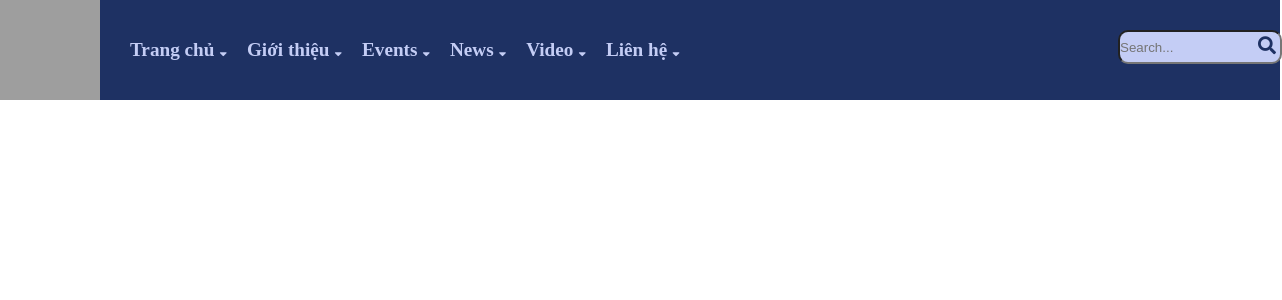
Repository: Luong-tung/newtopics
Page: index2.html
The author's editor kept a copy of each file at every save. The page is drawn from the files as they stood at one save, then again after the next save.
The browser window is 1280 px wide. The page is 1282 px wide, so the pictures cover 1282 px, including what lies to the right of the window. The pictures show the whole page.
Pictures or frames that could not be fetched are drawn as grey boxes. Some web libraries are served in a nearby version.

Above is the page before, as saved 2021-10-07 22:46:51.

### index2.html
<!DOCTYPE html>
<html lang="en">
<head>
    <meta charset="UTF-8">
    <meta http-equiv="X-UA-Compatible" content="IE=edge">
    <meta name="viewport" content="width=device-width, initial-scale=1.0">
    <title>trang web thương mai điện tử</title>
    <link rel="stylesheet" href="iu2.css">
    <link rel="stylesheet" href="https://pro.fontawesome.com/releases/v5.10.0/css/all.css" integrity="sha384-AYmEC3Yw5cVb3ZcuHtOA93w35dYTsvhLPVnYs9eStHfGJvOvKxVfELGroGkvsg+p" crossorigin="anonymous"/>
    <link rel="stylesheet" href="grid.css">

</head>
<body>
    <div class="header">
        <div class="logo">
            <img src="https://scontent.fhan4-3.fna.fbcdn.net/v/t1.15752-9/244521534_3120666654925529_7396226630018362644_n.jpg?_nc_cat=103&ccb=1-5&_nc_sid=ae9488&_nc_ohc=VPYvwfk35K0AX9N8zek&_nc_ht=scontent.fhan4-3.fna&oh=11361e826c179e37114d7c2bd928ff68&oe=6184B42C" alt="">


            <ul>
                <li><a href="#">Trang chủ</a><i class="fas fa-sort-down"></i></li>
                <li><a href="#">Giới thiệu</a><i class="fas fa-sort-down"></i></li>
                <li><a href="#">Events</a><i class="fas fa-sort-down"></i></li>
                <li><a href="#">News</a><i class="fas fa-sort-down"></i></li>
                <li><a href="#">Video</a><i class="fas fa-sort-down"></i></li>
                <li><a href="#">Liên hệ</a><i class="fas fa-sort-down"></i></li>
            </ul>
        </div>

        <div class="search">
            <form>

                <input type="text" name="Search" placeholder="Search..." >
                <i class="fas fa-search"></i>
            </form>
        </div>









    </div>
    <script src="./main2.js"></script>
</body>
</html>

### iu2.css
*{
    padding: 0;
    margin: 0;

}
.header{
    width: 100%;
    height: 100px;
    background:#1E3163;
    display: flex;
    justify-content: space-between;

}
.header .logo img{
    width: 100px;
    height: 100px;

}
.header .logo{
    display: flex;
    cursor: pointer;
}
.header .logo ul{
    color: #c4cdf5;
    margin-left: 20px;
    display: flex;
    align-items: center;
    justify-content: space-between;
}
.header .logo ul li{
    list-style: none;
    cursor: pointer;
    margin: 0px 5px;
    padding:5px;
    font-weight: 800;
    font-size: larger;

}
.header .logo ul li a{
    text-decoration: none;
    position: relative;
    color: #c4cdf5;
  }

.header .logo ul li i{
    font-size: 12px;
    margin-left: 5px;
}/*
.header .logo ul li:hover{
    background:#c4cdf5;
    color:#092086;*/



 .header .logo ul li a:after{
    content: "";
    position: absolute;
    background: #c4cdf5;
    height: 3px;
    width: 0;
    left:0;
    bottom: -10px;
    transition: 0.3s;
}
.header .logo ul li a:hover{
    color: #edeff5;
}

.header .logo ul li a:hover:after{
    width: 100%;
}

.header .search i{
    color: #1E3163;
    font-size: 18px;
    margin-left: -24px;
    cursor: pointer;


}
.header .search input{
    width: 160px;
    height: 30px;
    background-color:#c4cdf5;
    border-radius: 10px;
    margin-top: 30px;
}

Loaded but not shown: grid.css (no stored copy; drawn as an empty file); main2.js (no stored copy; drawn as an empty file)

After the next save:
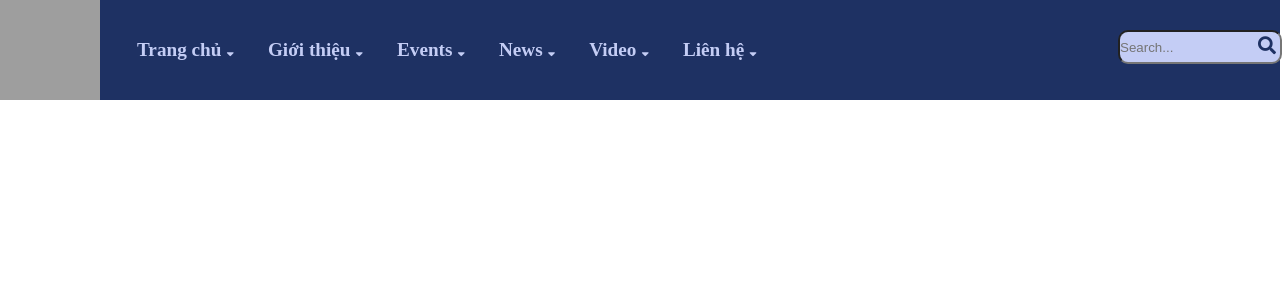
Saved 73 s later.
--- a/iu2.css
+++ b/iu2.css
@@ -31,7 +31,7 @@
     list-style: none;
     cursor: pointer;
     margin: 0px 5px;
-    padding:5px;
+    padding:0px 12px;
     font-weight: 800;
     font-size: larger;
 
@@ -55,7 +55,7 @@
  .header .logo ul li a:after{
     content: "";
     position: absolute;
-    background: #c4cdf5;
+    background: #fff;
     height: 3px;
     width: 0;
     left:0;
@@ -63,7 +63,7 @@
     transition: 0.3s;
 }
 .header .logo ul li a:hover{
-    color: #edeff5;
+    color: #fff;
 }
 
 .header .logo ul li a:hover:after{
